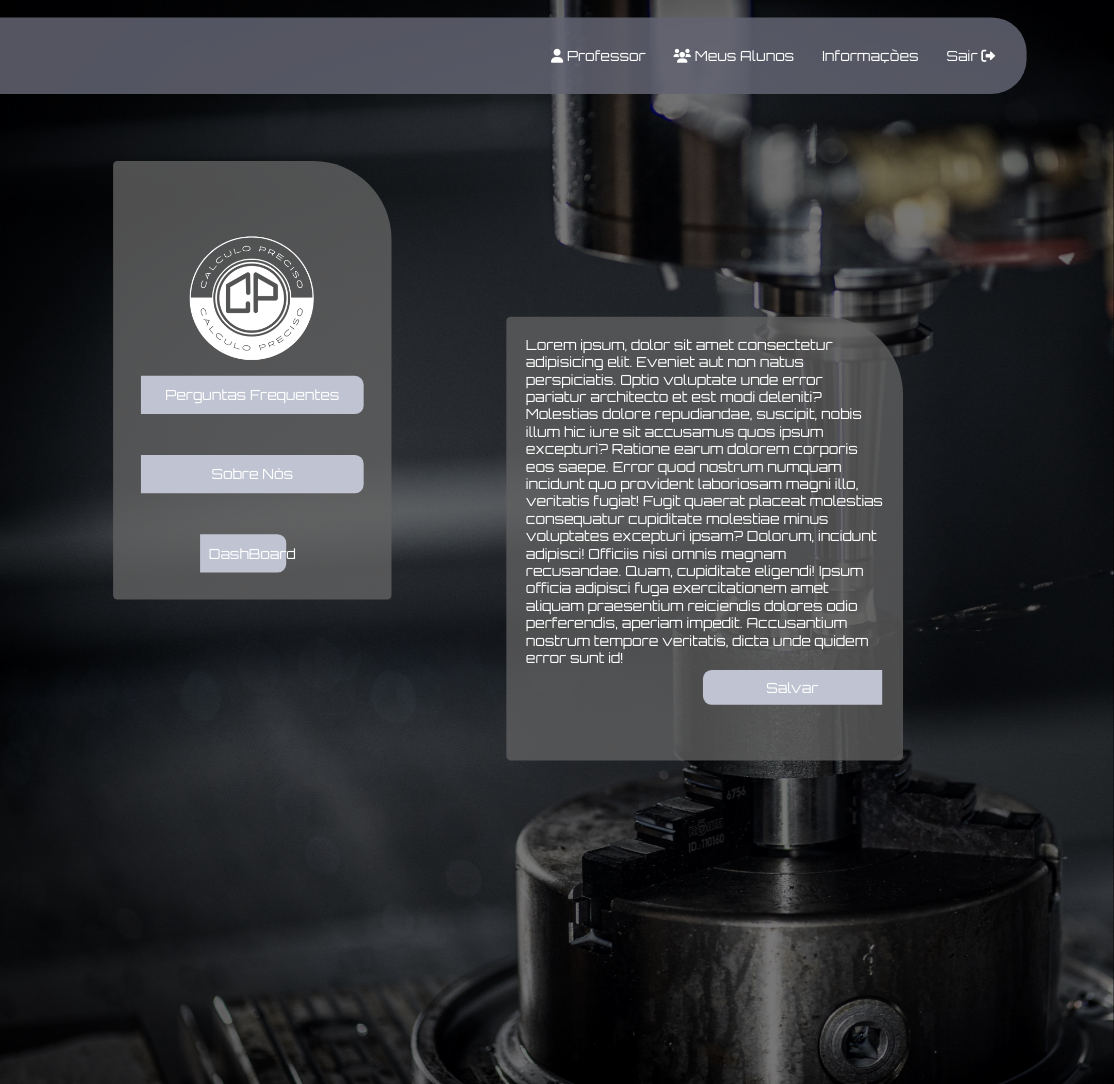
Repository: SSancaSH-Projetos/C-lculo-Preciso
Page: Front-End/informacoes.html
The author's editor kept a copy of each file at every save. The page is drawn from the files as they stood at one save, then again after the next save.
The browser window is 1280 px wide. The pictures show the whole page, at 87% of full size.

Above is the page before, as saved 2024-04-26 19:45:35.

After the next save:
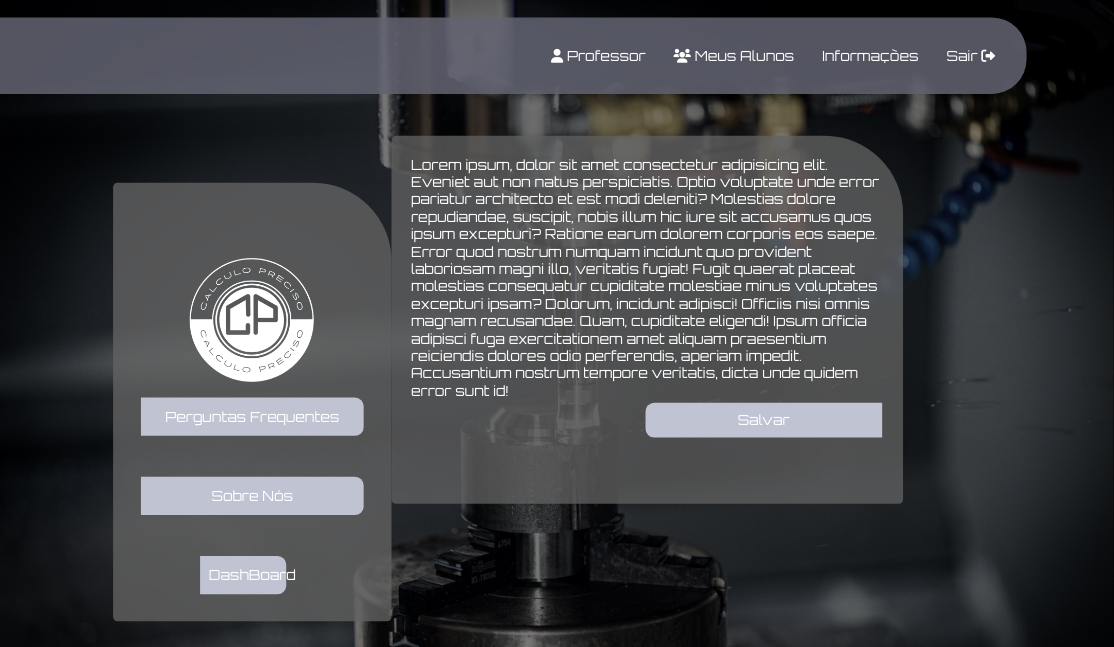
Saved 84 s later.
--- a/Front-End/informacoes.html
+++ b/Front-End/informacoes.html
@@ -49,12 +49,9 @@
                 <img class="logoCalculoPreciso" src="assets/images/logoBranco.png" alt="PrecisionTechLogo">
                 <button class="btn" style="background-color: #C0C4D2;">Perguntas Frequentes</button>
                 <button class="btn" style="background-color: #C0C4D2;">Sobre Nós</button>
-                <a href="dashboard.html"><button class="btn">DashBoard</button></a>
+                <a href="dashboard.html"><button class="btn"  style="background-color: #C0C4D2;">DashBoard</button></a>
             </div>
-            <div class="containerPeca3d">
-                <model-viewer id="parts" class="parts-3d" controls auto-rotate
-                    src="assets/3DModels/ImageToStl.com_3.7240x-2860.glb" camera-controls></model-viewer>
-            </div>
+
         </div>
 
         <div class="cadastro-container">

After the save that followed:
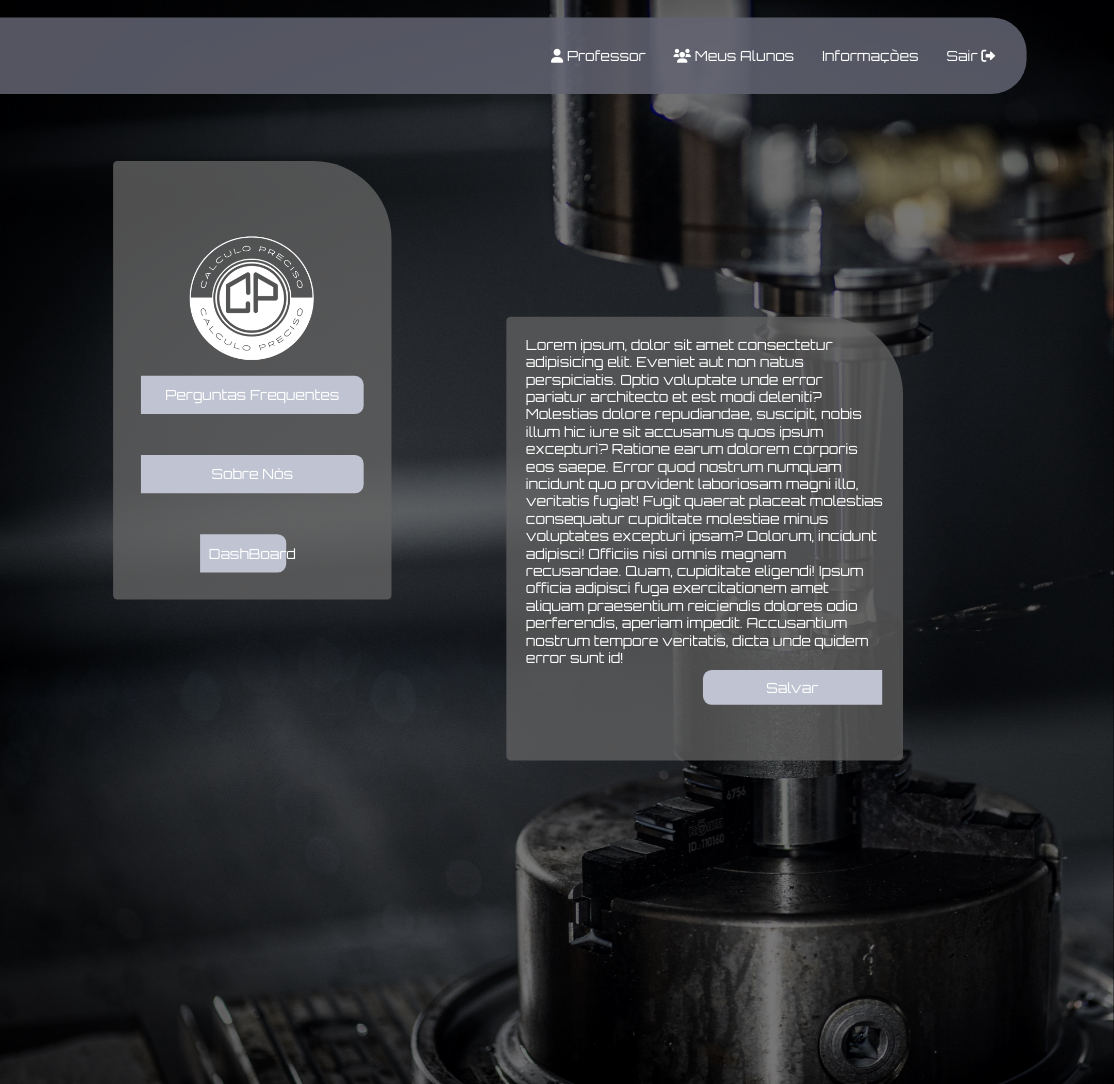
Saved 6 s later.
--- a/Front-End/informacoes.html
+++ b/Front-End/informacoes.html
@@ -51,7 +51,10 @@
                 <button class="btn" style="background-color: #C0C4D2;">Sobre Nós</button>
                 <a href="dashboard.html"><button class="btn"  style="background-color: #C0C4D2;">DashBoard</button></a>
             </div>
-
+            <div class="containerPeca3d">
+                <model-viewer id="parts" class="parts-3d" controls auto-rotate
+                    src="assets/3DModels/ImageToStl.com_3.7240x-2860.glb" camera-controls></model-viewer>
+            </div>
         </div>
 
         <div class="cadastro-container">
